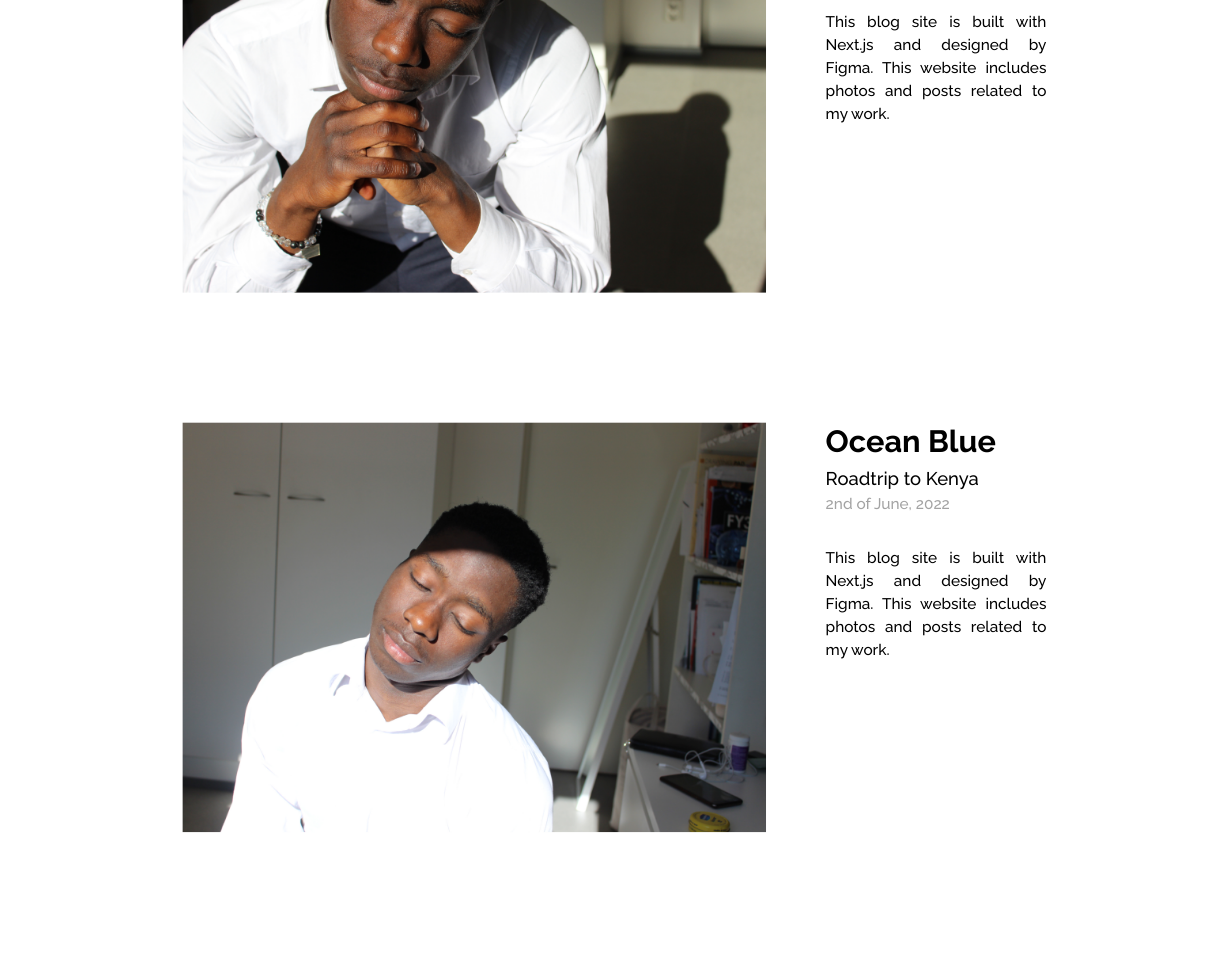
Repository: Graquick/Blog
Page: /photos
These files come from the project's save history. The page is drawn as it stood at one moment and after the next save; the edit follows.
The browser window is 1280 px wide. The pictures show the whole page, at 96% of full size.
The project was rebuilt for these pictures with package versions that can differ from the ones it lists, and the page was loaded fresh each time. The framework's server and built-in components were replaced by stand-ins that run in the browser. Also part of the build but not shown: next.config.js, components/Footer.js.

Above is the page before, as saved 2022-07-07 14:30:45.

### pages/_app.js
import React, { useState, useEffect, useRef, useCallback } from 'react';
import { AnimatePresence } from 'framer-motion'
import { ThemeProvider } from 'next-themes'
import { useRouter } from 'next/router'
import '../styles/globals.css'

function MyApp({ Component, pageProps }) {
  const timeoutRef = useRef();

  const clearTimer = useCallback(
    () => clearTimeout(timeoutRef.current),
    []
  );

  // useEffect(() => {
  //   if (timeoutRef.current) clearTimer();

  //   timeoutRef.current = setTimeout(() => {
  //     window.scrollTo(0, 0);
  //   }, 10);

  //   return () => {
  //     clearTimer();
  //   };
  // }, [clearTimer]);

  useEffect(() => {
    window.history.scrollRestoration = 'manual'
  }, []);


  return (
    <AnimatePresence>
      <ThemeProvider attribute="class">
        <Component {...pageProps} />
      </ThemeProvider>
    </AnimatePresence>
  )
}

export default MyApp

### pages/_document.js
import { Html, Head, Main, NextScript } from 'next/document'

export default function Document() {
  return (
    <Html>
      <Head />
      <body style={{ fontFamily: "Raleway, Roboto", scrollBehavior: "smooth" }}>
        <Main />
        <NextScript />
      </body>
    </Html>
  )
}

### pages/photos.js
import React, { useState, useEffect, useRef } from 'react';
import Head from 'next/head';
import Image from 'next/image';
import Link from 'next/link';
import { useRouter } from 'next/router';
import { motion, AnimatePresence } from 'framer-motion';
import { Icon } from '@iconify/react';

import profile from '../public/profile.png'
import photo1 from '../public/photo-1.png'
import photo2 from '../public/photo-2.png'

import Footer from "../components/Footer";
import Header from "../components/Header";

const photos = [
    { id: 1, src: photo1 },
    { id: 2, src: photo2 }
]

const desc = [
    { id: 1, title: 'Savannah', info: "Roadtrip to Kenya", date: "2nd of June, 2022", text: "This blog site is built with Next.js and designed by Figma. This website includes photos and posts related to my work." },
    { id: 2, title: 'Ocean Blue', info: "Roadtrip to Kenya", date: "2nd of June, 2022", text: "This blog site is built with Next.js and designed by Figma. This website includes photos and posts related to my work."}
]

const layInfo = {
    fixed: "absolute bottom-[4rem] right-0 m-auto flex flex w-[230px] justify-between"
}

export default function Photos() {
  return (
    <>
      <motion.main className="min-h-screen">
          <div className="absolute top-0 bottom-0 left-0 right-0 m-auto w-fit h-fit">
            <Header />
            <div className="w-[900px] h-fit flex justify-between">
              <div>
                {photos.map((img, i) => (
                  <div key={i} className="mb-32">
                    <Image src={img.src}
                      alt="Img"
                      width={608}
                      height={427}
                      blurDataURL={profile}
                      placeholder="blur"
                      priority
                    />
                  </div>
                ))}
              </div>

              <div>
                {desc.map((desc, i) => (
                  <div key={i} className="w-[230px] h-[430px] flex flex-col gap-8 mb-32">
                    <div>
                      <h1 className="text-[2rem] font-bold w-fit">{desc.title}</h1>
                      <p className="font-medium text-[1.2rem] cursor-default">{desc.info}</p>
                      <span className="font-medium cursor-default text-neutral-400">{desc.date}</span>
                    </div>
                    <p className="font-medium text-[1rem] cursor-default text-justify">{desc.text}</p>
                  </div>
                ))}
              </div>

              {/* <div className="w-[230px] h-full flex flex-col justify-between">
                <h1 className="text-[2.25rem] font-bold leading-10">Brima Freeman</h1>
                <div className="h-[215px] flex flex-col justify-between">
                  <p className="text-[.9rem]">Hey, I&apos;m a Frontend Developer based in Finland. I enjoy working with Next.js and crafting beautiful front-end experiences.
                  </p>
                  <p className="text-[.9rem]">
                  This blog site is built with Next.js and designed by Figma. This website includes photos and posts related to my work.
                  </p>
                </div>
                <Footer />
              </div> */}
            </div>
        </div>
      </motion.main>
    </>
  )
}

### styles/globals.css
@import url('https://fonts.googleapis.com/css2?family=Press+Start+2P&family=Raleway:wght@300;400;500;600;700&family=Roboto:wght@300;400;500;700&display=swap');
@tailwind base;
@tailwind components;
@tailwind utilities;

* {
  box-sizing: border-box;
}

html,
body {
  padding: 0;
  margin: 0;
}

### components/Header.js
import React, { useState, useEffect, useRef } from 'react';
import Head from 'next/head';
import Image from 'next/image';
import Link from 'next/link';
import { useRouter } from 'next/router';
import { motion, AnimatePresence } from 'framer-motion';
import { Icon } from '@iconify/react';

const Logo = () => {
    return (
        <div className="w-fit flex justify-center gap-2 cursor-pointer transition-all duration-150 ease-in-out group">
            <div className="text-[1.5rem] font-bold uppercase bg-black text-white w-16 h-16 flex items-end justify-end py-0 px-1 ease-in-out dark:bg-zinc-500 dark:text-zinc-400">bf</div><div className="text-[1.5rem] flex items-end justify-end font-bold uppercase text-black ease-in-out dark:text-zinc-500">
                blog
            </div>
        </div>
    )
}

const links = [
    { id: 1, title: 'About', href: '/'},
    { id: 2, title: 'Photos', href: '/photos'},
    { id: 3, title: 'Posts', href: '/posts'}
]

function Header() {
    const router = useRouter();
  return (
    <>
        <main className="left-0 m-auto right-0 py-8 w-full mb-8 h-[8rem] flex justify-between items-center">
            <div >
                <Logo />
            </div>

            <nav className="h-fit">
                <ul className="flex w-[230px] justify-between">
                    {links.map((links, i) => (
                        <div key={i}>
                            <li className={router.pathname === links.href ? "underline-offset-4 underline" : ""}>
                                <Link href={links.href}>
                                    {links.title}
                                </Link>
                            </li>
                        </div>
                    ))}
                </ul>
            </nav>
        </main>
    </>
  )
}

export default Header

### tailwind.config.js
module.exports = {
  content: [
    "./pages/**/*.{js,ts,jsx,tsx}",
    "./components/**/*.{js,ts,jsx,tsx}",
  ],
  darkMode: "class", // "false" or "media"
  theme: {
    extend: {

    },
    screens: {
      '2xl': {'max': '1440px'},
      // => @media (max-width: 1440px) { ... }

      'xl': {'max': '1024px'},
      // => @media (max-width: 1024px) { ... }

      'lg': {'max': '768px'},
      // => @media (max-width: 768px) { ... }

      'md': {'max': '425px'},
      // => @media (max-width: 425px) { ... }

      'sm': {'max': '375px'},
      // => @media (max-width: 375px) { ... }

      'xs': {'max': '320px'},
      // => @media (max-width: 320px) { ... }
    },
    fontFamily: {
      'raleway': "Raleway, sans-serif",
      'roboto': "Roboto, sans-serif",
      'play': "Press\\ Start\\ 2P, cursive"
    }
  },
  plugins: [require('@tailwindcss/forms')],
}

After the next save:
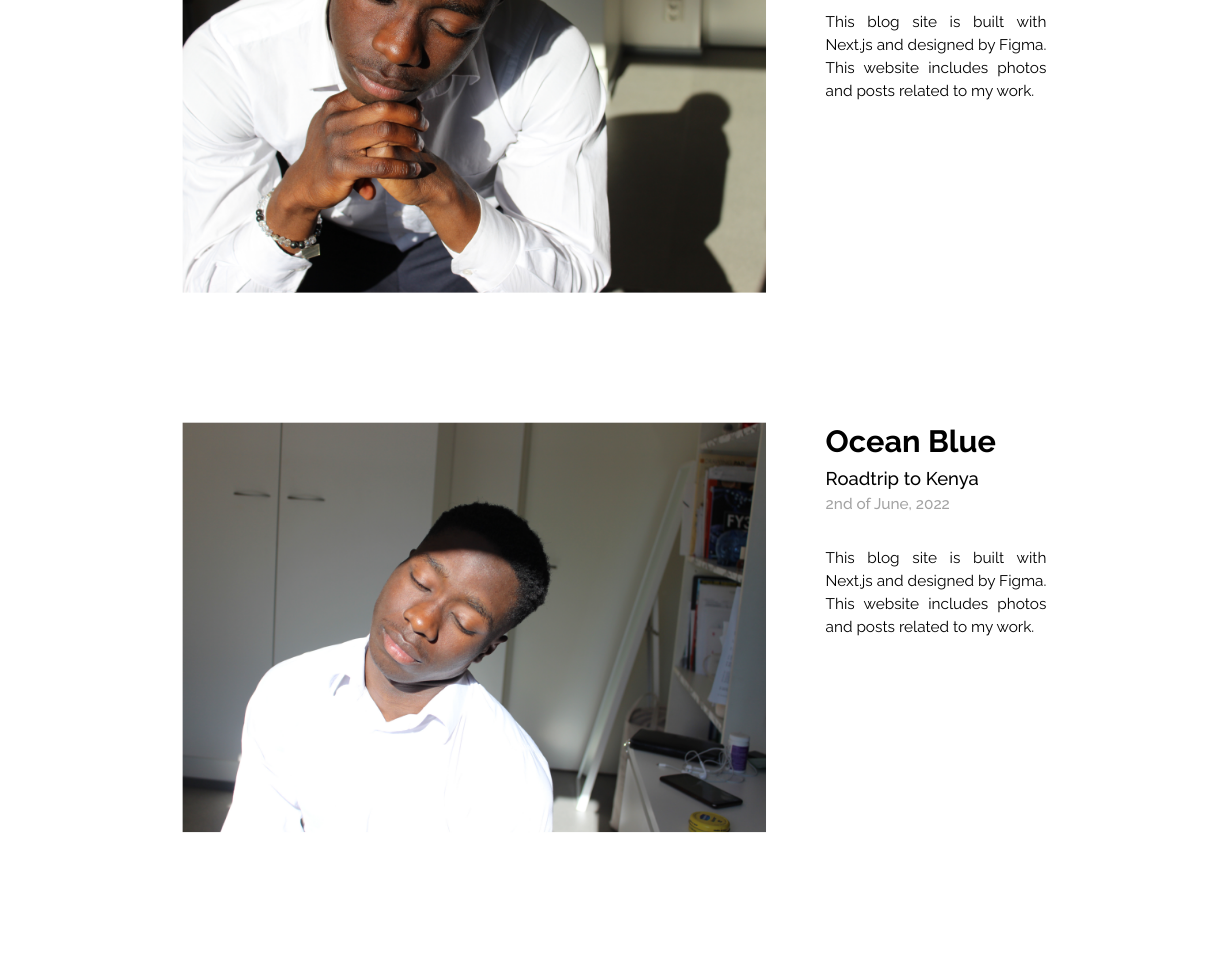
Saved 6 s later.
--- a/pages/photos.js
+++ b/pages/photos.js
@@ -57,7 +57,7 @@ export default function Photos() {
                       <p className="font-medium text-[1.2rem] cursor-default">{desc.info}</p>
                       <span className="font-medium cursor-default text-neutral-400">{desc.date}</span>
                     </div>
-                    <p className="font-medium text-[1rem] cursor-default text-justify">{desc.text}</p>
+                    <p className="text-[1rem] cursor-default text-justify">{desc.text}</p>
                   </div>
                 ))}
               </div>
